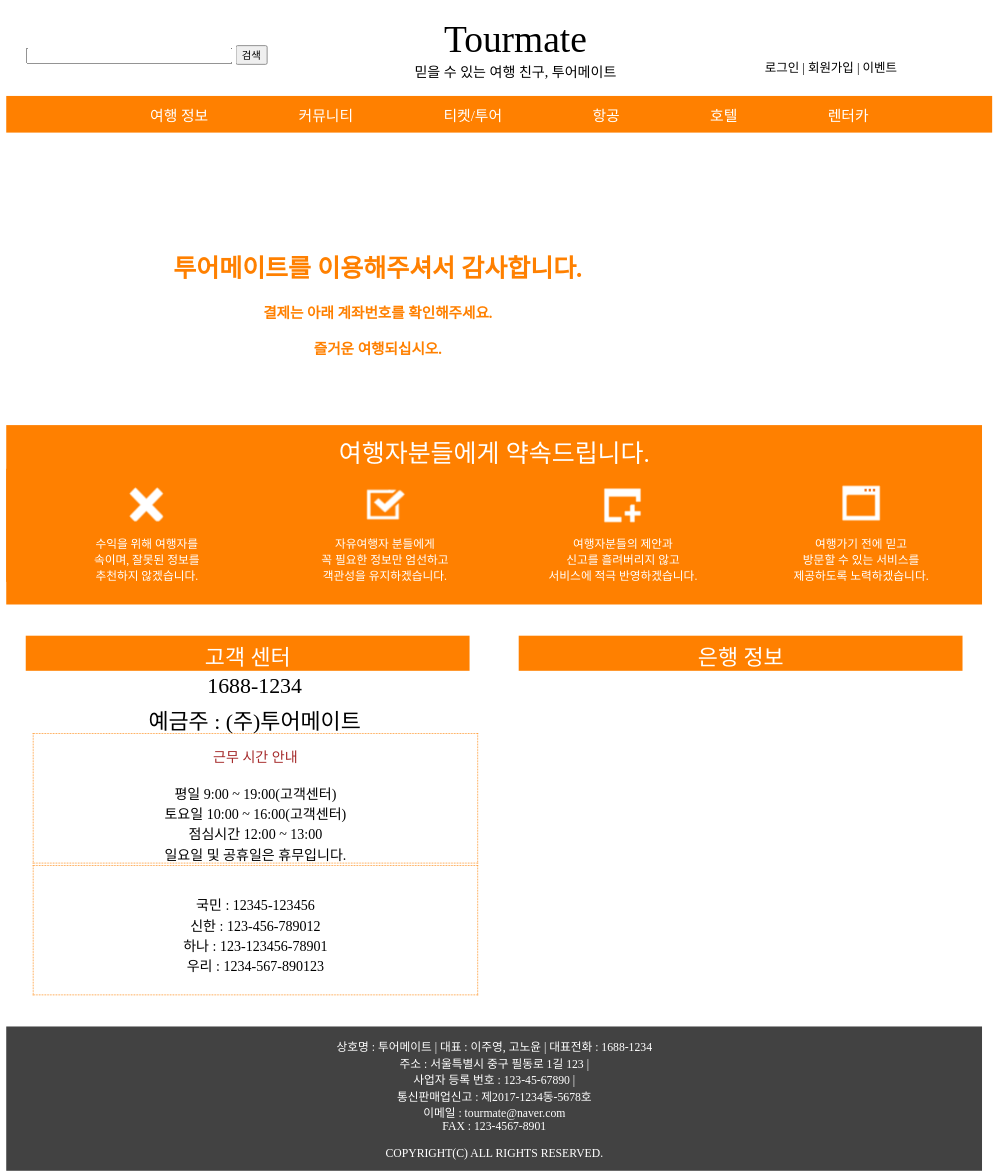
Repository: nohyoonko/2017-2-WP-Tourmate
Page: http://localhost/Tourmate/항공_ok.jsp
These files come from the project's save history. The page is drawn as it stood at one moment and after the next save; the edit follows.
The browser window is 1280 px wide. The pictures show the whole page, at 78% of full size.
Some web libraries are served in a nearby version. The page is served by Tomcat 9. Other server files are loaded and not shown.

Above is the page before, as saved 2017-12-06 13:23:37.

### eclipse-workspace/Tourmate/WebContent/항공_ok.jsp
<%@ page contentType="text/html; charset=UTF-8" pageEncoding="UTF-8"%>
<!DOCTYPE html>
<html lang="ko">
	<head>
		<meta http-equiv="Content-Type" content="text/html; charset=UTF-8" />
		<title>투어메이트</title>
		<script src="http://code.jquery.com/jquery-1.10.1.js"></script>
		<style>
		.whitebox {
         height:100px;
         width:700px;
         color:#FF8000;
         margin:10%;
      }
		</style>
	</head>
	<body>
		<!-- 제목+메뉴바를 포함한 Header.jsp 파일을 include -->
 		<jsp:include page="Header.jsp" flush="false"/>
		<br><br>
		<div class="whitebox">
			<center>
			<h1>투어메이트를 이용해주셔서 감사합니다.</h1>
			<h3>결제는 아래 계좌번호를 확인해주세요.</h3>
			<h3>즐거운 여행되십시오.</h3>
			</center>
		</div>
		<!-- 회사 정보와 약속을 포함한 Footer.jsp 파일을 include -->
		<jsp:include page="Footer.jsp" flush="false"/>
	</body>
</html>

### eclipse-workspace/Tourmate/WebContent/Header.jsp
<%@ page language="java" contentType="text/html; charset=UTF-8"
    pageEncoding="UTF-8"%>
<!DOCTYPE html PUBLIC "-//W3C//DTD HTML 4.01 Transitional//EN" "http://www.w3.org/TR/html4/loose.dtd">
<html>
<head>
	<meta http-equiv="Content-Type" content="text/html; charset=UTF-8">
	<title>투어메이트</title>
    <style>
        div { font-family: "함초롬돋움"; }

        div.header1 {
            width: 30%;
            float: left;
            margin-left: 25px;
            margin-top: 50px;
        }

        div.header2 {
            width: 33%;
            height: 60px;
            float: left;
            margin-left: 40px;
            margin-top: 15px;
            color: black;
        }

      	div.header2 > a {
        	color:black; text-decoration:none;
      	}

        div.header3 {
            width: 31%;
            height: 50px;
            float: left;
            margin-right: 10px;
            margin-top: 65px;
        }

        .menubar {
 			background: #FF8000;
 			display: inline-block;
  			width: 100%;
		}
		.main { margin: 0; padding: 0; font-size: 19px; }
		.main li {
			padding:0% 3% 0% 3%;
  			float: left;
  			list-style:none;
  			position: relative;
		}
		.main li:first-child { margin-left: 10%; }
		.main li:hover { background: #984807; }
		.main a {
  			color: white;
  			display: block;
  			padding: 10px 20px;
  			text-decoration: none;
		}
		.main ul {
  			background: white;
  			display: none;
  			padding: 0;
  			position: absolute;
  			left: 0;
  			top: 100%;
  			z-index: 2;
  			width: 210px;
		}
		.main ul li { float: none; margin-left: 10%; }
		.main ul a { color: #984807; }
		.main ul li:hover { background: white; }
		.main ul li:hover>a { color: #FF8000; }
	</style>
</head>
<body>
    <div class="header1">
        <input type="text" size=30>
        <input type="submit" value="검색">
    </div>
    <a href="투어메이트.html">
    <div class="header2">
        <center>
            <font face="HYHeadLine" size="7">Tourmate</font><br>
            <font face="함초롬돋움" size="4">믿을 수 있는 여행 친구, 투어메이트</font>
        </center>
    </div>
    </a>
    <div class="header3">
        <center>
            <font size="3">로그인 | 회원가입 | 이벤트</font>
        </center>
    </div>

    <!--상단 메뉴바와 하위 메뉴-->
    <script src="//code.jquery.com/jquery.min.js"></script>
	<script>
	$(function(){
  		$(".main li").hover(function(){
    		$('ul:first',this).show();
  		}, function(){
    		$('ul:first',this).hide();
  		});
	});
	</script>

        <div class="menubar">
        <ul class="main">
            <li>
                 <a href="#">여행 정보</a>
                 <ul>
                  <li><a href="인기_여행_도시.jsp">인기 여행 도시</a></li>
                  <li><a href="여행_준비.jsp">여행 준비</a></li>
               </ul>
            </li>

            <li>
                <a href="#">커뮤니티</a>
                <ul>
                    <li><a href="여행_후기.jsp">여행 후기</a></li>
                </ul>
            </li>

            <li>
                <a href="#">티켓/투어</a>
                <ul>
                    <li><a href="티켓투어_한국.jsp">한국</a></li>
                    <li><a href="티켓투어_홍콩.jsp">홍콩</a></li>
                    <li><a href="티켓투어_일본.jsp">일본</a></li>
                    <li><a href="티켓투어_싱가포르.jsp">싱가포르</a></li>
                    <li><a href="티켓투어_대만.jsp">대만</a></li>
                </ul>
            </li>

            <li><a href="항공.jsp">항공</a></li>
            <li><a href="호텔.jsp">호텔</a></li>
            <li><a href="렌터카.jsp">렌터카</a></li>
        </ul>
    </div>
</body>
</html>

### eclipse-workspace/Tourmate/WebContent/Footer.jsp
<%@ page language="java" contentType="text/html; charset=UTF-8"
    pageEncoding="UTF-8"%>
<!DOCTYPE html PUBLIC "-//W3C//DTD HTML 4.01 Transitional//EN" "http://www.w3.org/TR/html4/loose.dtd">
<html>
<head>
	<meta http-equiv="Content-Type" content="text/html; charset=UTF-8">
	<title>투어메이트</title>
    <style>
        div { font-family: "함초롬돋움"; }

       div.footer{
         width:99%;
         height:220px;
         float:left;
         background-color:#FF8000;
         color:white;
         text-align:center;
         padding-top:10px;
      }
      div.promise{
         width:20%;
         float:left;
         height:140px;
         background-color:#FF8000;
         color:white;
         font-size:15px;
         text-align:center;
         padding-top:5px;
         padding-left:55px;
      }
      div.footer2{
         width:45%;
         height:40px;
         float:left;
         font-size:28px;
         background-color:#FF8000;
         color:white;
         text-align:center;
         padding-top:5px;
         margin-left:2%;
         margin-right:3%;
         margin-top:40px;
      }
      div.footer3{
         width:45%;
         height:35px;
         float:left;
         font-size:28px;
         text-align:center;
         padding-top:4px;
         margin-left:34px;
         margin-right:34px;
      }
      div.footer4{
         width:45%;
         height:150px;
         float:left;
         font-size:18px;
         text-align:center;
         padding-top:15px;
         margin-top:2px;
         margin-left:34px;
         margin-right:34px;
         border-width: 1px;
         border-style : dotted;
         border-color : #FF8000;
      }
      div.footer5{
         width:99%;
         height:170px;
         font-size:15px;
         background-color:#424242;
         color:white;
         float:left;
         text-align:center;
         padding-top:15px;
         margin-top:40px;
      }
       #fo {width:60px; height:60px; padding:10px 70px 5px 70px;}
	</style>
</head>
<body>
       <div class="footer">
         <font size="6">여행자분들에게 약속드립니다.</font><br>
         <div class="promise">
            <img id="fo" src="main/footer 그림1.png"><br>
            수익을 위해 여행자를<br>
            속이며, 잘못된 정보를<br>
            추천하지 않겠습니다.
         </div>
         <div class="promise">
            <img id="fo" src="main/footer 그림2.png"><br>
            자유여행자 분들에게<br>
            꼭 필요한 정보만 엄선하고<br>
            객관성을 유지하겠습니다.
         </div>
         <div class="promise">
            <img id="fo" src="main/footer 그림3.png"><br>
            여행자분들의 제안과<br>
            신고를 흘려버리지 않고<br>
            서비스에 적극 반영하겠습니다.
         </div>
         <div class="promise">
            <img id="fo" src="main/footer 그림4.png"><br>
            여행가기 전에 믿고<br>
            방문할 수 있는 서비스를<br>
            제공하도록 노력하겠습니다.
         </div>
      </div>
      <br>
      <div class="footer2">고객 센터</div>
      <div class="footer2">은행 정보</div>
      <br>
      <div class="footer3">1688-1234</div>
      <div class="footer3">예금주 : (주)투어메이트</div>
      <br>
      <div class="footer4">
         <font color="brown" size="4">근무 시간 안내</font><br><br>
         평일 9:00 ~ 19:00(고객센터)<br>
         토요일 10:00 ~ 16:00(고객센터)<br>
         점심시간 12:00 ~ 13:00<br>
         일요일 및 공휴일은 휴무입니다.<br>
      </div>
      <div class="footer4"><br>
         국민 : 12345-123456<br>
         신한 : 123-456-789012<br>
         하나 : 123-123456-78901<br>
         우리 : 1234-567-890123<br>
      </div>
      <div class="footer5">
         상호명 : 투어메이트 | 대표 : 이주영, 고노윤 | 대표전화 : 1688-1234<br>
         주소 : 서울특별시 중구 필동로 1길 123 | <br>
         사업자 등록 번호 : 123-45-67890 |<br>
         통신판매업신고 : 제2017-1234동-5678호<br>
         이메일 : tourmate@naver.com<br>
         FAX : 123-4567-8901<br><br>
         COPYRIGHT(C) ALL RIGHTS RESERVED.<br>
      </div>
</body>
</html>

After the next save:
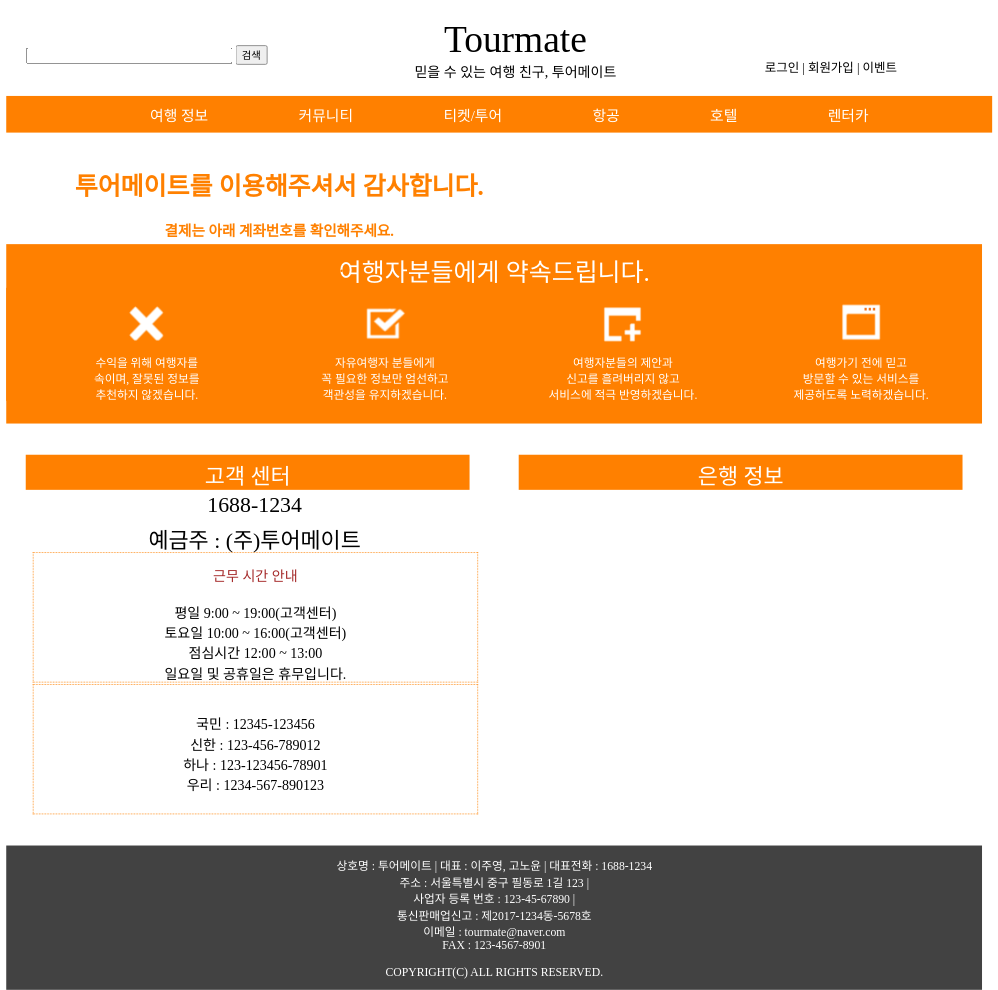
Saved 114 s later.
--- a/eclipse-workspace/Tourmate/WebContent/항공_ok.jsp
+++ b/eclipse-workspace/Tourmate/WebContent/항공_ok.jsp
@@ -10,7 +10,6 @@
          height:100px;
          width:700px;
          color:#FF8000;
-         margin:10%;
       }
 		</style>
 	</head>

After the save that followed:
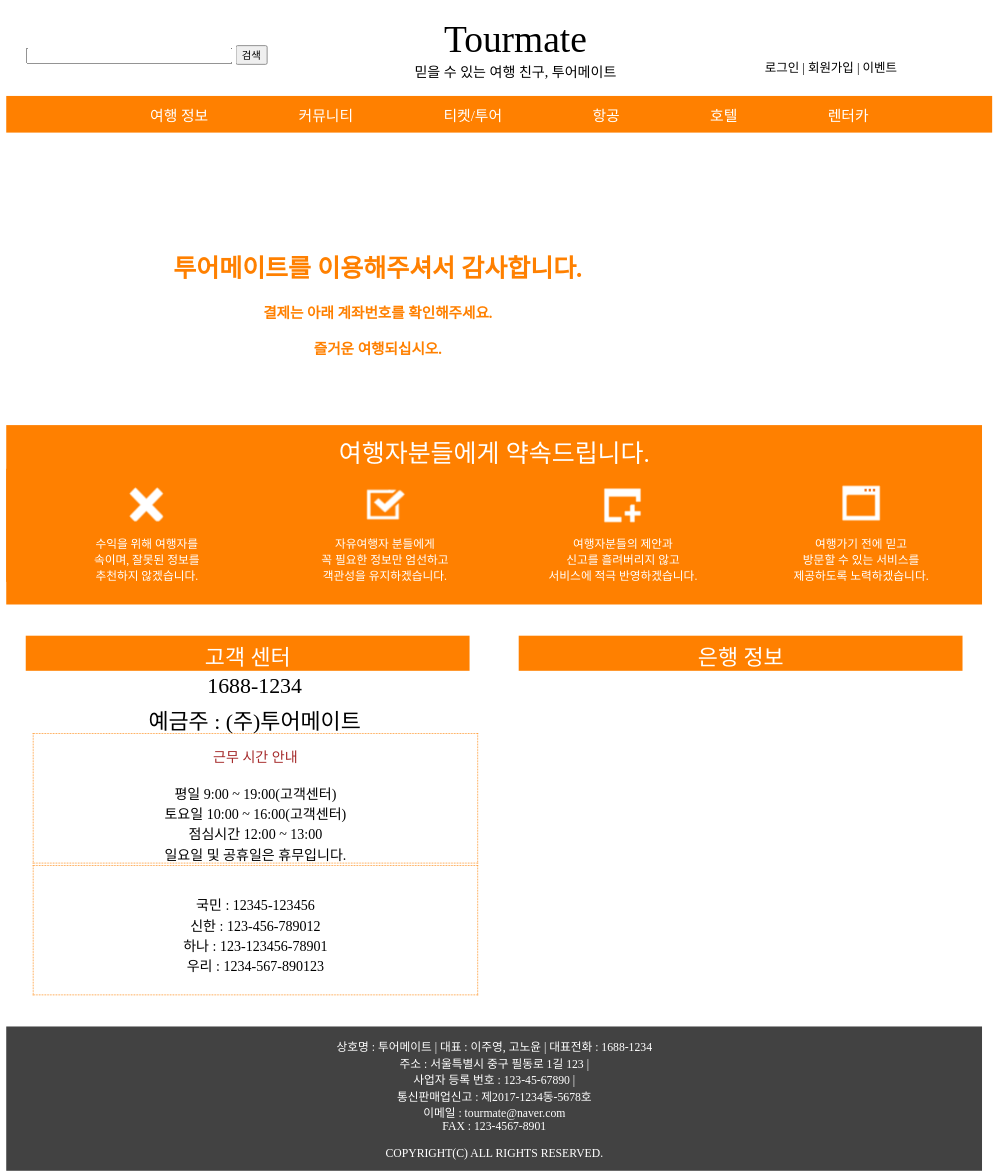
Saved 2 min 8 s later.
--- a/eclipse-workspace/Tourmate/WebContent/항공_ok.jsp
+++ b/eclipse-workspace/Tourmate/WebContent/항공_ok.jsp
@@ -10,6 +10,7 @@
          height:100px;
          width:700px;
          color:#FF8000;
+         margin:10%;
       }
 		</style>
 	</head>
